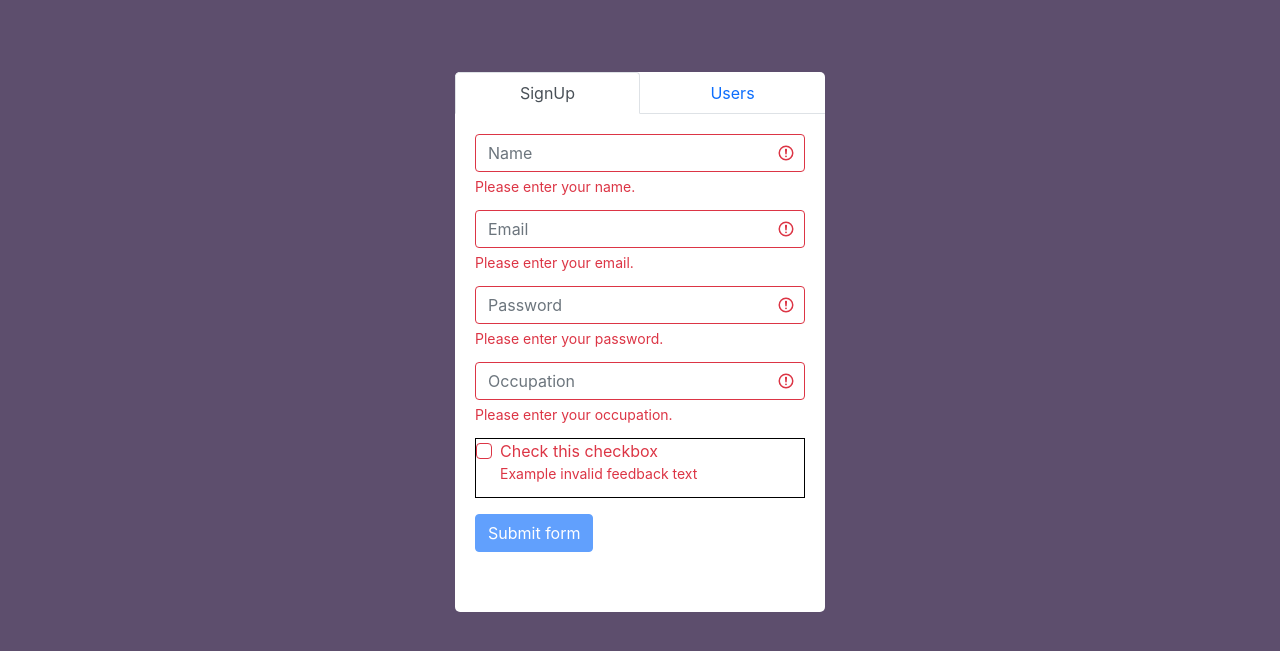
Repository: asadalibest1/SignUp-from
Page: /
These files come from the project's save history. The page is drawn as it stood at one moment and after the next save; the edit follows.
The browser window is 1280 px wide. The pictures show the whole page.
The project was rebuilt for these pictures with package versions that can differ from the ones it lists, and the page was loaded fresh each time. Also part of the build but not shown: src/components/Users/Users.css.

Above is the page before, as saved 2021-02-06 22:13:10.

After the next save:
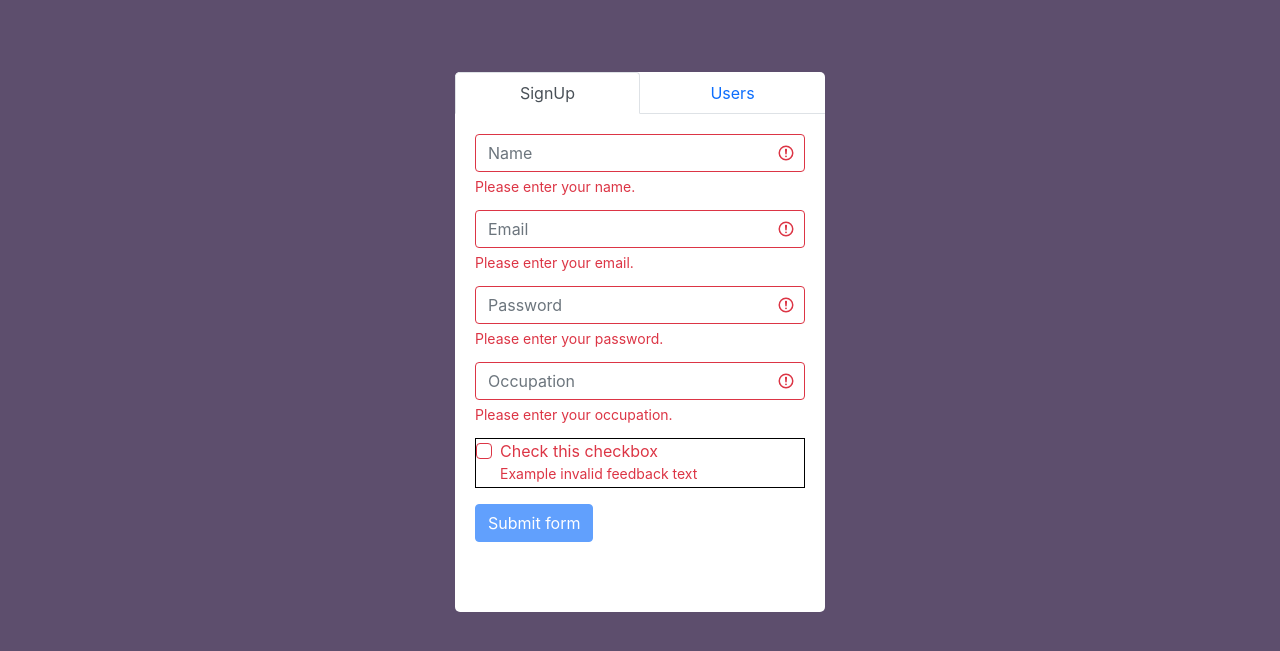
Saved 14 s later.
--- a/src/components/SignUp/SignUp.css
+++ b/src/components/SignUp/SignUp.css
@@ -7,7 +7,7 @@
     height: 60px;
 }
 
-.radioButton{
+.SignUp form .radioButton{
     border: 1px solid black;
     height: 50px;
 }
